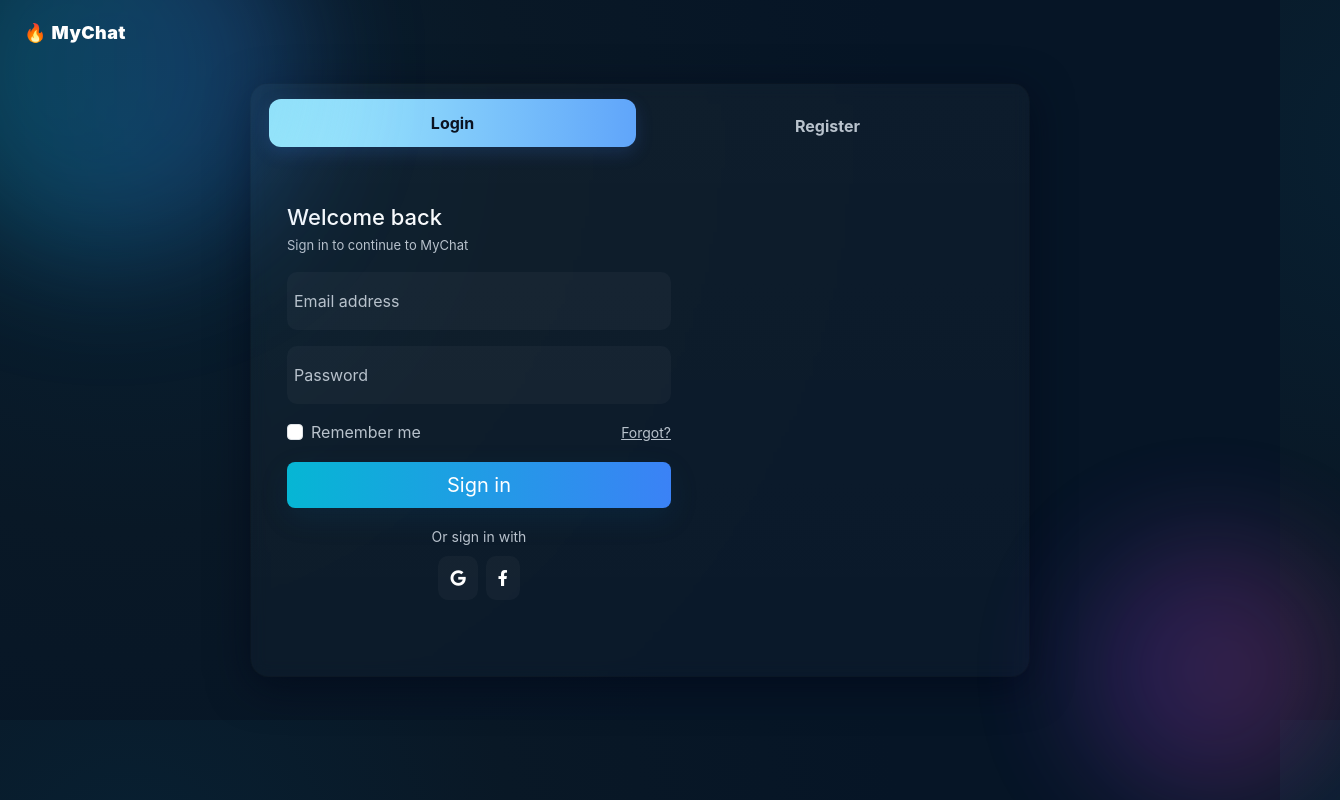
Repository: bharat132002/chat-app
Page: public/auth.html
These files come from the project's save history. The page is drawn as it stood at one moment and after the next save; the edit follows.
The browser window is 1280 px wide. The page is 1340 px wide, so the pictures cover 1340 px, including what lies to the right of the window. The pictures show the whole page.

Above is the page before, as saved 2025-12-02 18:33:00.

### public/auth.html
<!DOCTYPE html>
<html lang="en">
<head>
  <meta charset="utf-8" />
  <meta name="viewport" content="width=device-width,initial-scale=1" />
  <title>Stylish Auth — Chat App</title>

  <!-- Bootstrap (for convenience) -->
  <link href="https://cdn.jsdelivr.net/npm/bootstrap@5.3.2/dist/css/bootstrap.min.css" rel="stylesheet">

  <!-- Icons -->
  <link href="https://cdnjs.cloudflare.com/ajax/libs/font-awesome/6.4.0/css/all.min.css" rel="stylesheet">

  <!-- Custom CSS -->
  <link rel="stylesheet" href="css/auth.css" />
</head>
<body>
  <nav class="topbar">
    <div class="brand">🔥 <strong>MyChat</strong></div>
    <div class="right-area">
      <span id="nav-username" class="nav-username hidden"></span>
      <button id="btn-logout" class="btn btn-sm btn-outline-light hidden">Logout</button>
    </div>
  </nav>

  <main class="page">
    <div class="card glass-card animate-pop">
      <div class="card-body p-0">
        <div class="tabs">
          <button class="tab-btn active" data-tab="login">Login</button>
          <button class="tab-btn" data-tab="register">Register</button>
        </div>

        <div class="forms">

          <!-- LOGIN -->
          <form id="loginForm" class="form-panel active">
            <div class="panel-head">
              <h3>Welcome back</h3>
              <p class="muted">Sign in to continue to MyChat</p>
            </div>

            <div class="form-body">
              <div class="form-floating mb-3">
                <input type="email" id="loginEmail" class="form-control" placeholder="name@example.com">
                <label for="loginEmail">Email address</label>
              </div>

              <div class="form-floating mb-3">
                <input type="password" id="loginPassword" class="form-control" placeholder="Password">
                <label for="loginPassword">Password</label>
              </div>

              <div class="d-flex justify-content-between align-items-center mb-3">
                <div class="form-check">
                  <input class="form-check-input" type="checkbox" id="rememberMe">
                  <label class="form-check-label muted" for="rememberMe">Remember me</label>
                </div>
                <a href="#" class="muted small">Forgot?</a>
              </div>

              <div class="d-grid gap-2">
                <button type="button" id="btnLogin" class="btn btn-primary btn-lg">Sign in</button>
              </div>

              <div class="mt-3 text-center">
                <small class="muted">Or sign in with</small>
                <div class="socials mt-2">
                  <button class="social"><i class="fab fa-google"></i></button>
                  <button class="social"><i class="fab fa-facebook-f"></i></button>
                </div>
              </div>

              <div id="loginMsg" class="form-msg mt-3"></div>
            </div>
          </form>

          <!-- REGISTER -->
          <form id="registerForm" class="form-panel">
            <div class="panel-head">
              <h3>Create account</h3>
              <p class="muted">Join MyChat — it’s quick &amp; free</p>
            </div>

            <div class="form-body">
              <div class="form-floating mb-3">
                <input type="text" id="regUsername" class="form-control" placeholder="Your name">
                <label for="regUsername">Username</label>
              </div>

              <div class="form-floating mb-3">
                <input type="email" id="regEmail" class="form-control" placeholder="name@example.com">
                <label for="regEmail">Email address</label>
              </div>

              <div class="form-floating mb-3">
                <input type="password" id="regPassword" class="form-control" placeholder="Password">
                <label for="regPassword">Password</label>
              </div>

              <div class="d-grid gap-2">
                <button type="button" id="btnRegister" class="btn btn-success btn-lg">Create account</button>
              </div>

              <div id="regMsg" class="form-msg mt-3"></div>
            </div>
          </form>

        </div>
      </div>
    </div>

    <div class="hero-decor">
      <div class="blob b1"></div>
      <div class="blob b2"></div>
      <div class="sparkle"></div>
    </div>
  </main>

  <!-- JS -->
  <script src="https://cdn.jsdelivr.net/npm/bootstrap@5.3.2/dist/js/bootstrap.bundle.min.js"></script>
  <script src="js/auth.js"></script>
</body>
</html>

### public/css/auth.css
/* auth.css - stylish glassmorphism + animations */
:root{
  --bg1: #0f1724; --bg2: #0b2545;
  --glass: rgba(255,255,255,0.06);
  --muted: #b8c2cc;
  --accent: linear-gradient(90deg,#06b6d4,#3b82f6);
}

*{box-sizing:border-box;font-family:Inter,system-ui,-apple-system,Segoe UI,Roboto,"Helvetica Neue",Arial;}
body{
  margin:0;background:radial-gradient(circle at 10% 20%, #082032 0%, #091826 30%, #061526 60%), linear-gradient(120deg,#001029 0%, #071633 100%);
  min-height:100vh;color:#fff;overflow:hidden;
}

/* Topbar */
.topbar{
  height:64px;display:flex;align-items:center;justify-content:space-between;padding:0 24px;background:transparent;
  position:fixed;left:0;right:0;top:0;z-index:40;
}
.brand{font-weight:700;font-size:18px;letter-spacing:0.4px;}
.nav-username{margin-right:12px;padding:6px 10px;border-radius:999px;background:rgba(255,255,255,0.04);font-weight:600;}
.hidden{display:none;}

/* Page area */
.page{height:100vh;display:flex;align-items:center;justify-content:center;padding:80px 20px 40px 20px;position:relative;}
.glass-card{
  width:780px;max-width:95%;border-radius:18px;background:linear-gradient(180deg, rgba(255,255,255,0.03), rgba(255,255,255,0.02));backdrop-filter:blur(8px);
  box-shadow: 0 10px 40px rgba(2,6,23,0.6); overflow:hidden; position:relative;
  transform: translateY(0); transition:transform .35s cubic-bezier(.2,.9,.3,1);
}

/* small pop animation */
.animate-pop{ animation: pop .45s cubic-bezier(.2,.8,.25,1); }
@keyframes pop{ from{ transform:translateY(18px) scale(.98); opacity:0 } to{ transform:translateY(0) scale(1); opacity:1 } }

/* tabs */
.tabs{ display:flex; gap:8px; padding:18px; background:transparent; }
.tab-btn{
  flex:1; padding:12px 18px; border-radius:12px; border: none; background:transparent; color:var(--muted); font-weight:700; cursor:pointer; transition: all .25s ease;
}
.tab-btn.active{ color:#0b1220; background: linear-gradient(90deg,#a5f3fc, #60a5fa); box-shadow: 0 6px 18px rgba(59,130,246,0.18); transform: translateY(-3px); }

.forms{ display:flex; gap:0; padding:18px; }

/* panels */
.form-panel{ width:420px; padding:18px; transform-origin: left top; transition: all .35s ease; display:none; }
.form-panel.active{ display:block; }
.panel-head h3{ margin:0 0 6px 0; font-size:22px; color:#f8fafc; }
.panel-head .muted{ color:var(--muted); font-size:13px; }

/* inputs */
.form-body{ margin-top:12px; }
.form-floating > .form-control{ background: rgba(255,255,255,0.03); color:#fff; border:none; height:54px; padding:18px; border-radius:10px; }
.form-floating > label{ color:var(--muted); padding-left:6px; }
.btn-primary{ background: linear-gradient(90deg,#06b6d4,#3b82f6); border:none; box-shadow: 0 10px 30px rgba(3,105,161,0.12); }
.btn-success{ background: linear-gradient(90deg,#34d399,#10b981); border:none; box-shadow: 0 10px 20px rgba(6,95,70,0.12); color:#021; }
.muted{ color:var(--muted); }

/* social icons */
.socials{ display:flex; gap:8px; justify-content:center; margin-top:6px; }
.social{ background: rgba(255,255,255,0.03); border:none; padding:10px 12px; border-radius:10px; color:#fff; font-size:16px; }

/* messages */
.form-msg{ min-height:24px; color:#fff; font-weight:600; text-align:center; font-size:14px; }

/* decoration blobs */
.hero-decor{ position:absolute; left:0; right:0; top:0; bottom:0; pointer-events:none; }
.blob{ position:absolute; filter: blur(60px) opacity(.28); border-radius:50%; transform: translateZ(0); }
.b1{ width:380px; height:380px; background: linear-gradient(90deg,#06b6d4,#3b82f6); left:-80px; top: -120px; }
.b2{ width:260px; height:260px; background: linear-gradient(90deg,#7c3aed,#ec4899); right:-60px; bottom:-80px; opacity:.9; }

/* responsive */
@media (max-width:900px){
  .glass-card{ width:95%; }
  .forms{ flex-direction:column; align-items:center; }
  .form-panel{ width:100%; }
}

### public/js/auth.js
const API = ""; // same origin
const tokenKey = "chat_token";

document.addEventListener("DOMContentLoaded", () => {
  // Tabs switching
  document.querySelectorAll(".tab-btn").forEach(btn => {
    btn.addEventListener("click", (event) => {  // ✅ event parameter add
      document.querySelectorAll(".tab-btn").forEach(x => x.classList.remove("active"));
      btn.classList.add("active");

      const tab = btn.dataset.tab;
      document.querySelectorAll(".form-panel").forEach(p => p.classList.remove("active"));
      document.getElementById(tab === "login" ? "loginForm" : "registerForm").classList.add("active");

      clearMsg();
    });
  });

  // Buttons
  const btnRegister = document.getElementById("btnRegister");
  const btnLogin = document.getElementById("btnLogin");
  if(btnRegister) btnRegister.addEventListener("click", register);
  if(btnLogin) btnLogin.addEventListener("click", login);

  const btnOut = document.getElementById("btn-logout");
  if(btnOut) btnOut.addEventListener("click", logout);

  // Auto-login if token exists
  const t = localStorage.getItem(tokenKey);
  if (t) redirectToChat();
});

// Show messages
function showMsg(elId, text, ok=true) {
  const el = document.getElementById(elId);
  if (!el) return;
  el.style.color = ok ? "#DFF7E2" : "#ffd2d2";
  el.textContent = text;
  setTimeout(() => { if (el) el.textContent = ""; }, 6000);
}

function clearMsg() {
  ["loginMsg","regMsg"].forEach(id => {
    const el = document.getElementById(id);
    if(el) el.textContent = "";
  });
}

// REGISTER
async function register() {
  const username = document.getElementById("regUsername").value.trim();
  const email = document.getElementById("regEmail").value.trim();
  const password = document.getElementById("regPassword").value;

  if(!username || !email || !password) {
    showMsg("regMsg","All fields required",false);
    return;
  }

  try {
    const res = await fetch(API + "/api/auth/register", {
      method:"POST",
      headers: {"Content-Type":"application/json"},
      body: JSON.stringify({username,email,password})
    });
    const data = await res.json();

    if(data.success) {
      showMsg("regMsg","Registered! Logging you in...",true);
      await login(email,password); // auto-login
    } else {
      showMsg("regMsg", data.msg || "Register failed", false);
    }
  } catch(err) {
    showMsg("regMsg", err.message || "Network error", false);
  }
}

// LOGIN
async function login(prefilledEmail, prefilledPassword) {
  const email = prefilledEmail || document.getElementById("loginEmail").value.trim();
  const password = prefilledPassword || document.getElementById("loginPassword").value;

  if (!email || !password) {
    showMsg("loginMsg", "Provide email & password", false);
    return;
  }

  try {
    const res = await fetch(API + "/api/auth/login", {
      method: "POST",
      headers: {"Content-Type":"application/json"},
      body: JSON.stringify({ email, password })
    });

    const data = await res.json();

    if (data.success && data.token) {
      localStorage.setItem(tokenKey, data.token);

      // Redirect to chat page
      redirectToChat();

    } else {
      showMsg("loginMsg", data.msg || "Login failed", false);
    }
  } catch (err) {
    showMsg("loginMsg", err.message || "Network error", false);
  }
}

// REDIRECT
function redirectToChat() {
  window.location.href = "chat.html";
}

// LOGOUT
function logout() {
  localStorage.removeItem(tokenKey);
  const navUser = document.getElementById("nav-username");
  const btnOut = document.getElementById("btn-logout");
  if(navUser) navUser.classList.add("hidden");
  if(btnOut) btnOut.classList.add("hidden");

  document.querySelectorAll(".tab-btn").forEach(x => x.classList.remove("active"));
  document.querySelector('[data-tab="login"]').classList.add("active");
  document.getElementById("registerForm").classList.remove("active");
  document.getElementById("loginForm").classList.add("active");
}

After the next save:
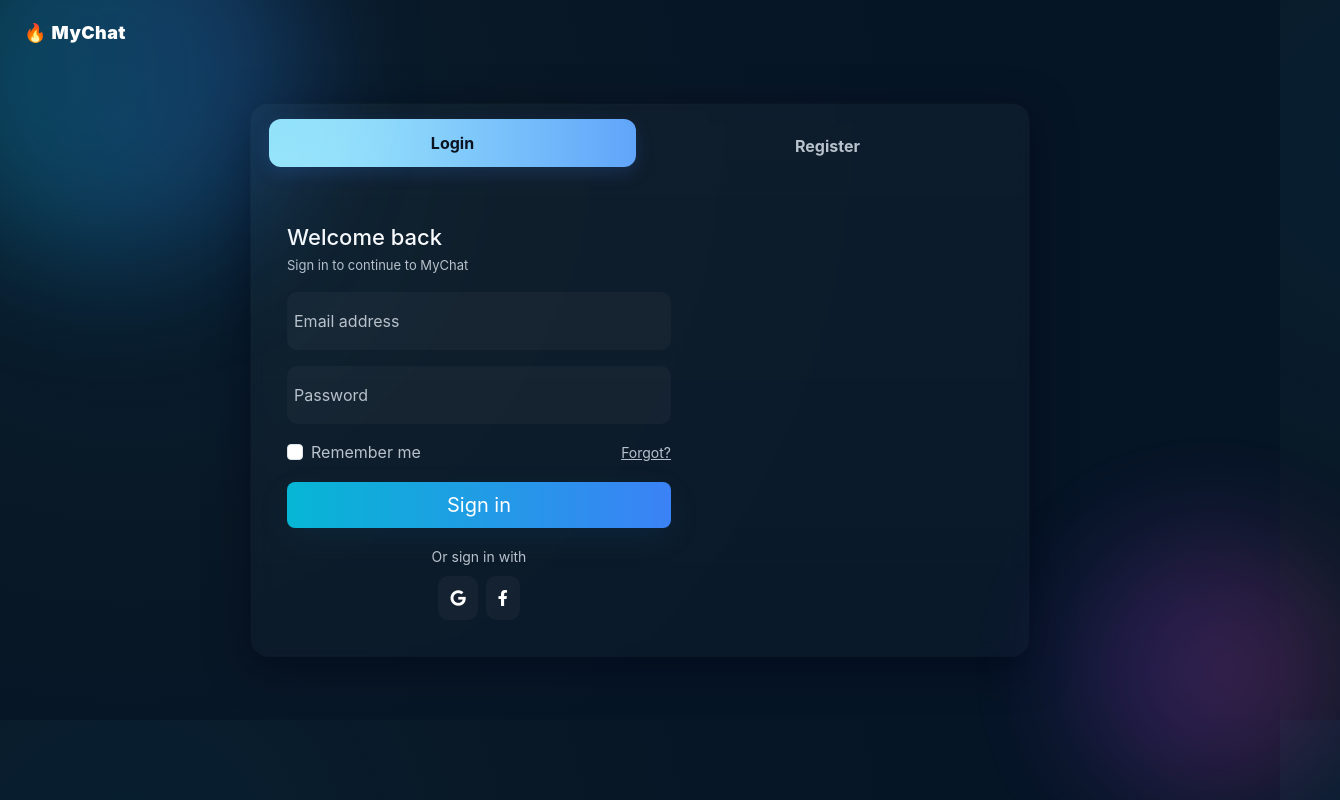
Saved 104 s later.
--- a/public/auth.html
+++ b/public/auth.html
@@ -71,7 +71,7 @@
                 </div>
               </div>
 
-              <div id="loginMsg" class="form-msg mt-3"></div>
+              <!-- <div id="loginMsg" class="form-msg mt-3"></div> -->
             </div>
           </form>
 

After the save that followed:
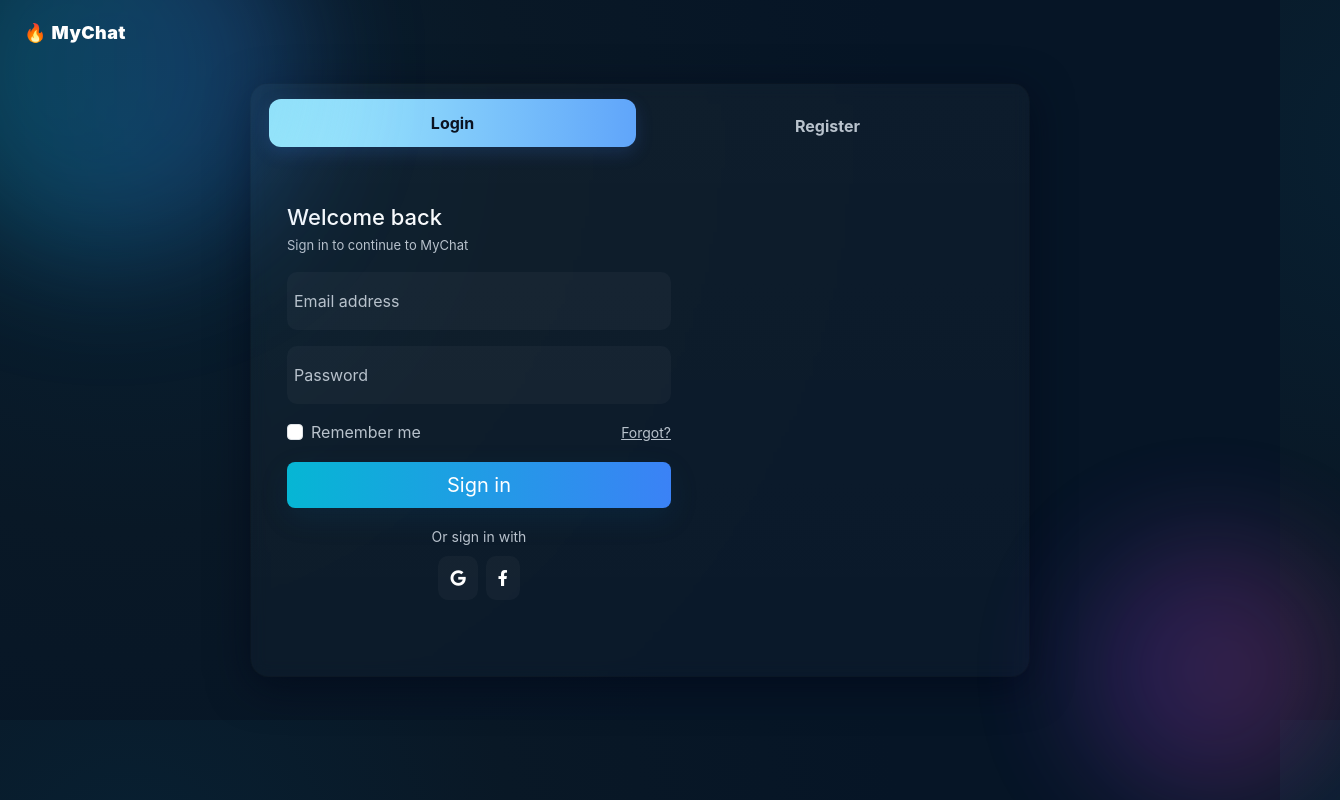
Saved 6 s later.
--- a/public/auth.html
+++ b/public/auth.html
@@ -71,7 +71,7 @@
                 </div>
               </div>
 
-              <!-- <div id="loginMsg" class="form-msg mt-3"></div> -->
+              <div id="loginMsg" class="form-msg mt-3"></div>
             </div>
           </form>
 
